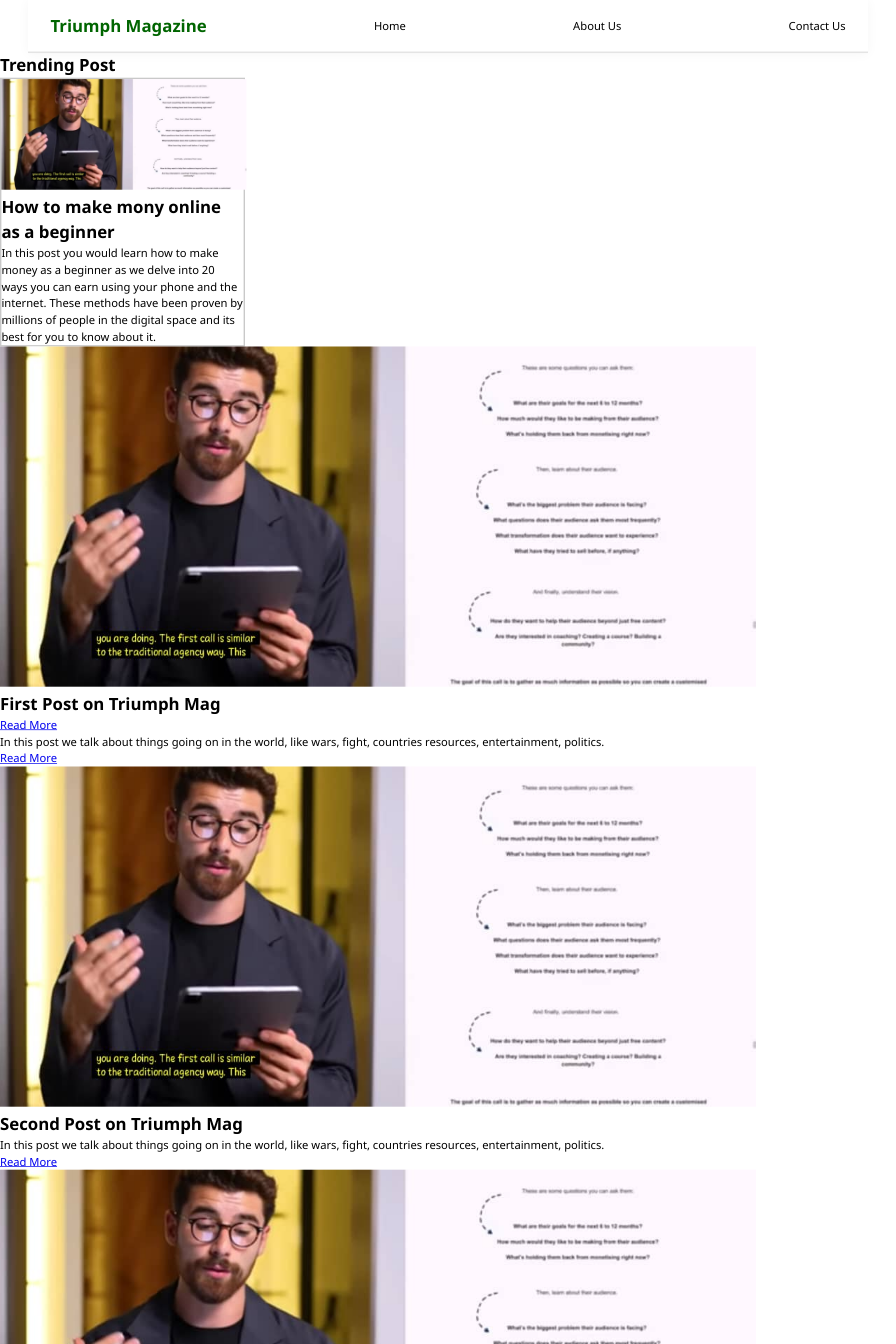
Repository: zikcolle/Triumph-Blog
Page: index.html
An editor plug-in stored every save of this project. The page is shown before and after the next save, followed by the edit.
The browser window is 1280 px wide. The pictures show the part of the page from y = 0 to 1920 px (the page is 4623 px tall before and 4489 px after), at 70% of full size.

Above is the page before, as saved 2026-06-20 15:30:46.

After the next save:
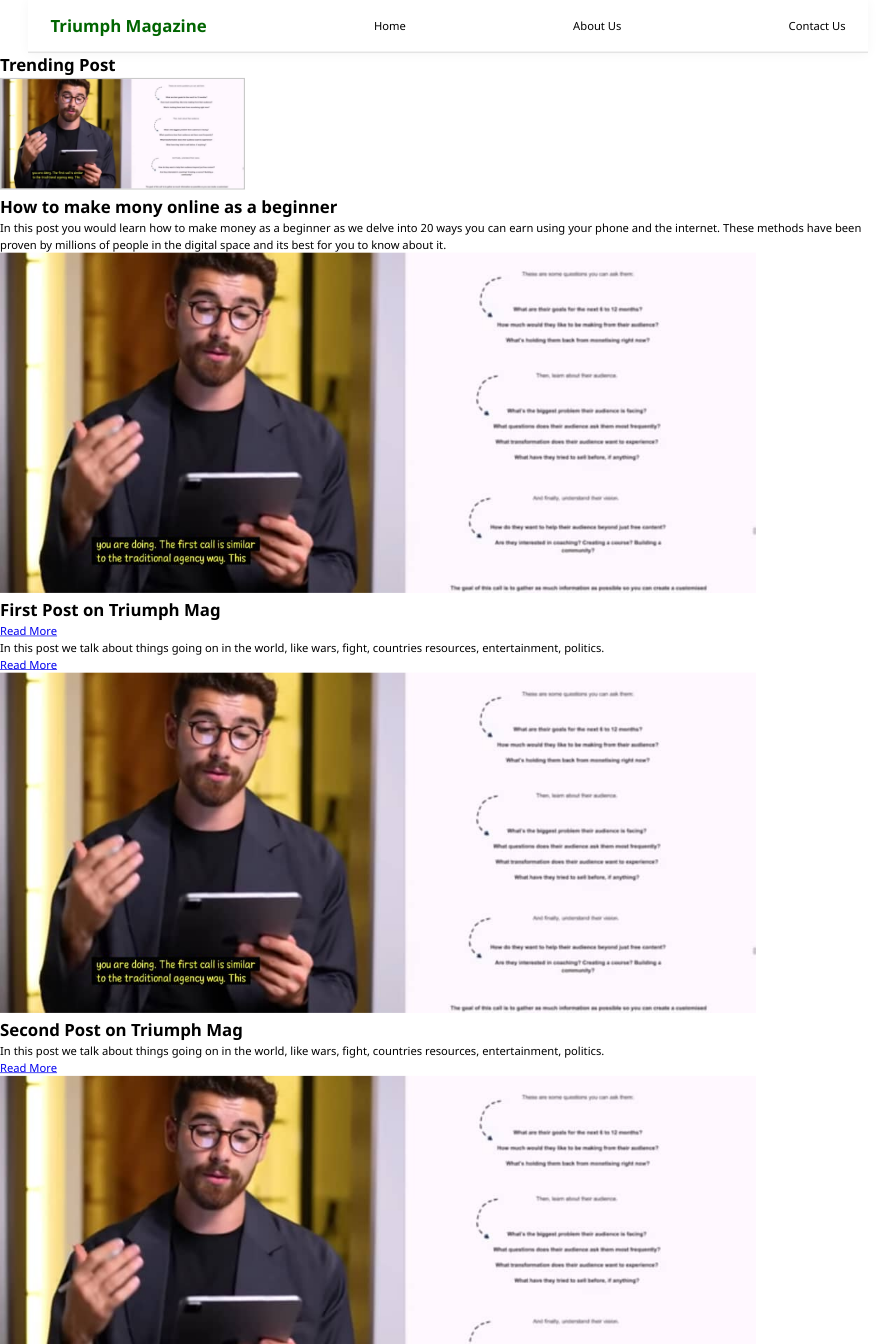
Saved 20 s later.
--- a/styles.css
+++ b/styles.css
@@ -41,7 +41,7 @@
     text-decoration: underline;
 }
 
-.feat-post {
+.feat-post img {
     background-color: rgb(255, 255, 255);
     border: 2px solid rgba(0, 0, 0, 0.213);
     max-width: 350px;

After the 4 saves that followed:
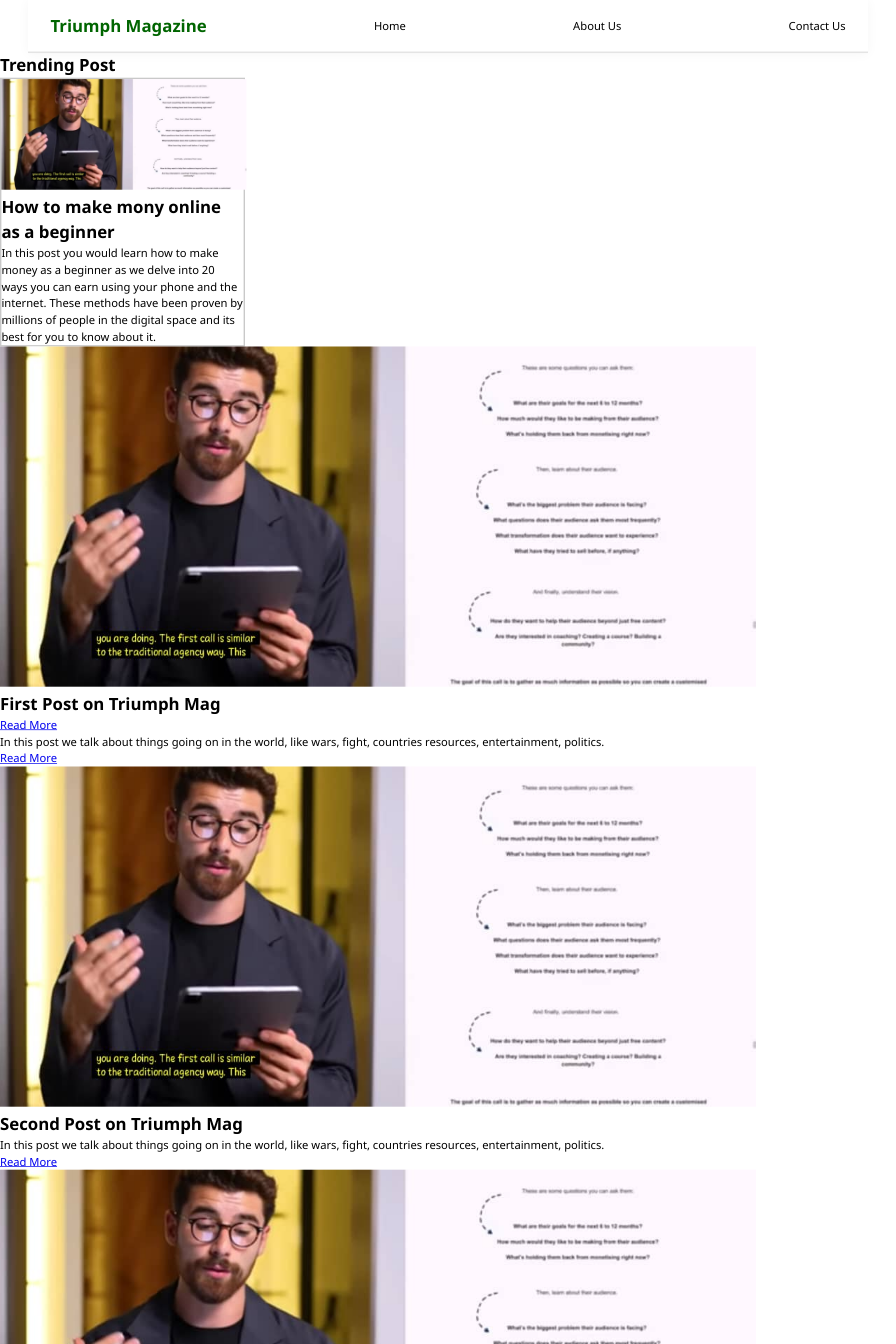
The 4 saves are shown as one change because 2 left the picture as it was and some came seconds apart.
The last was saved 43 s later.
--- a/styles.css
+++ b/styles.css
@@ -41,7 +41,7 @@
     text-decoration: underline;
 }
 
-.feat-post img {
+.feat-post {
     background-color: rgb(255, 255, 255);
     border: 2px solid rgba(0, 0, 0, 0.213);
     max-width: 350px;
